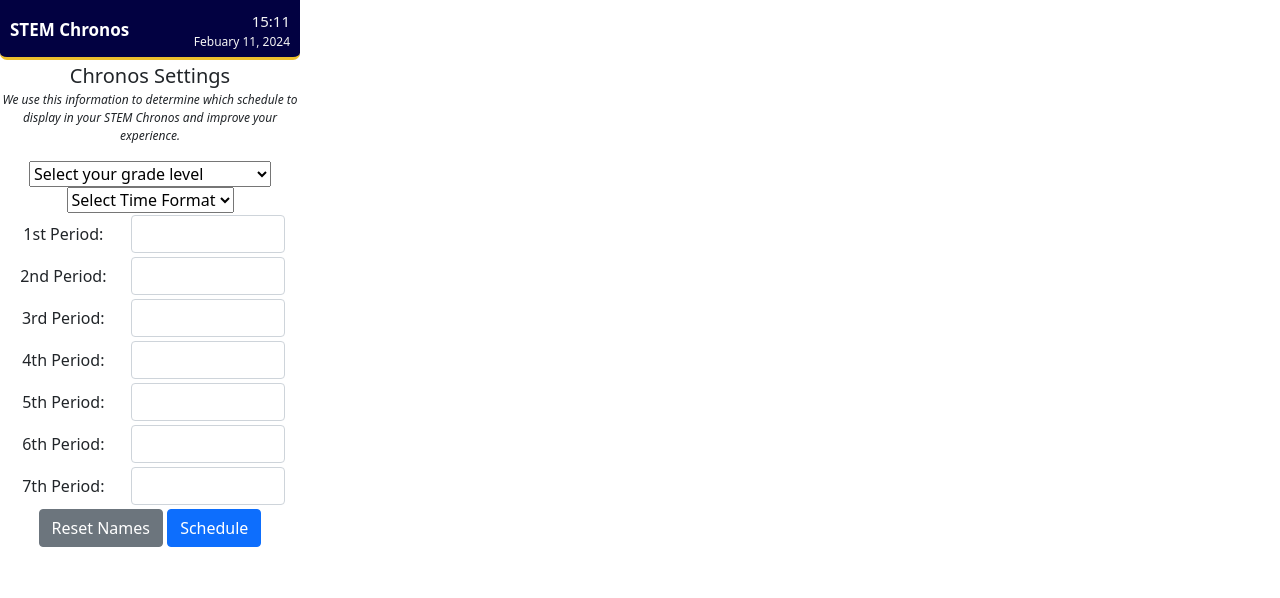
Repository: EvanHughes-dev/StemChronos
Page: StemChronos2.0/Settings/Settings.html
An editor plug-in stored every save of this project. The page is shown before and after the next save, followed by the edit.
The browser window is 1280 px wide. The pictures show the whole page.

Above is the page before, as saved 2024-04-23 15:37:19.
Console error: TypeError: Cannot read properties of null (reading 'addEventListener')

After the next save:
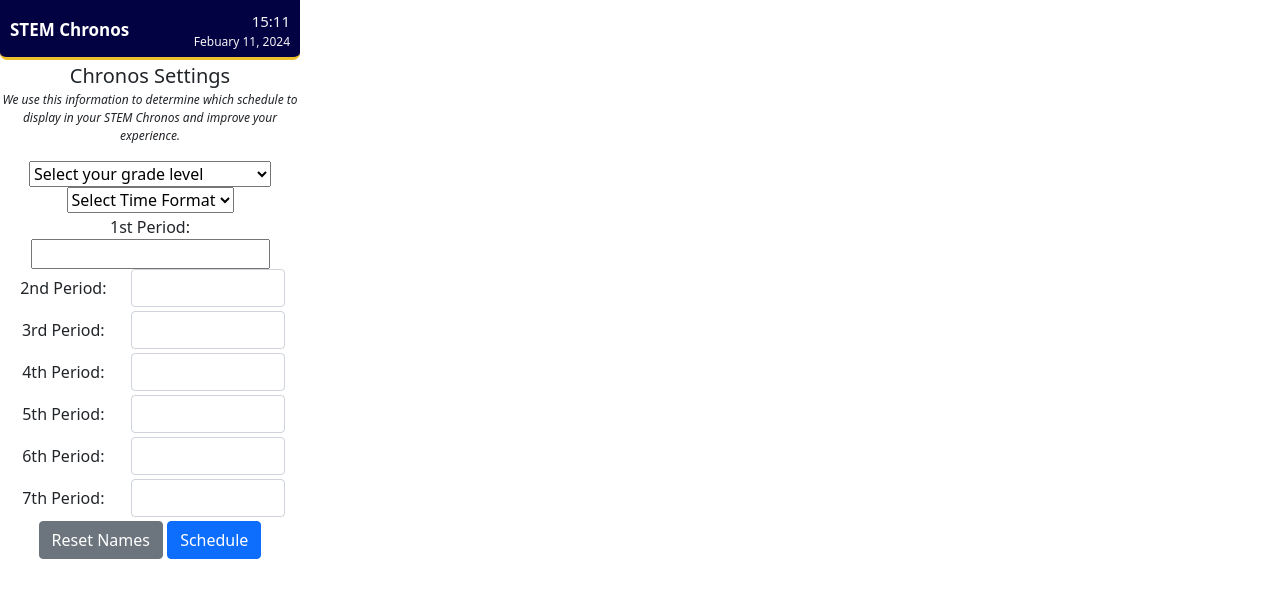
Saved 25 s later.
--- a/StemChronos2.0/Settings/Settings.html
+++ b/StemChronos2.0/Settings/Settings.html
@@ -53,9 +53,9 @@
             </select>
             <!--Set custom period names-->
             <div class="InputField" id="PeriodNameOBJ">
-                <div class="row g-2 mb-1">
-                    <label class="col-sm-4 col-form-label mx-3" for="First">1st Period:</label>
-                    <input class="col-sm-10 form-control w-50 col-auto" name="First" type="text" id="FirstVal" />
+                <div >
+                    <label for="First">1st Period:</label>
+                    <input name="First" type="text" id="FirstVal" />
                 </div>
                 <div class="row g-2 mb-1">
                     <label class="col-sm-4 col-form-label mx-3" for="Second">2nd Period:</label>
